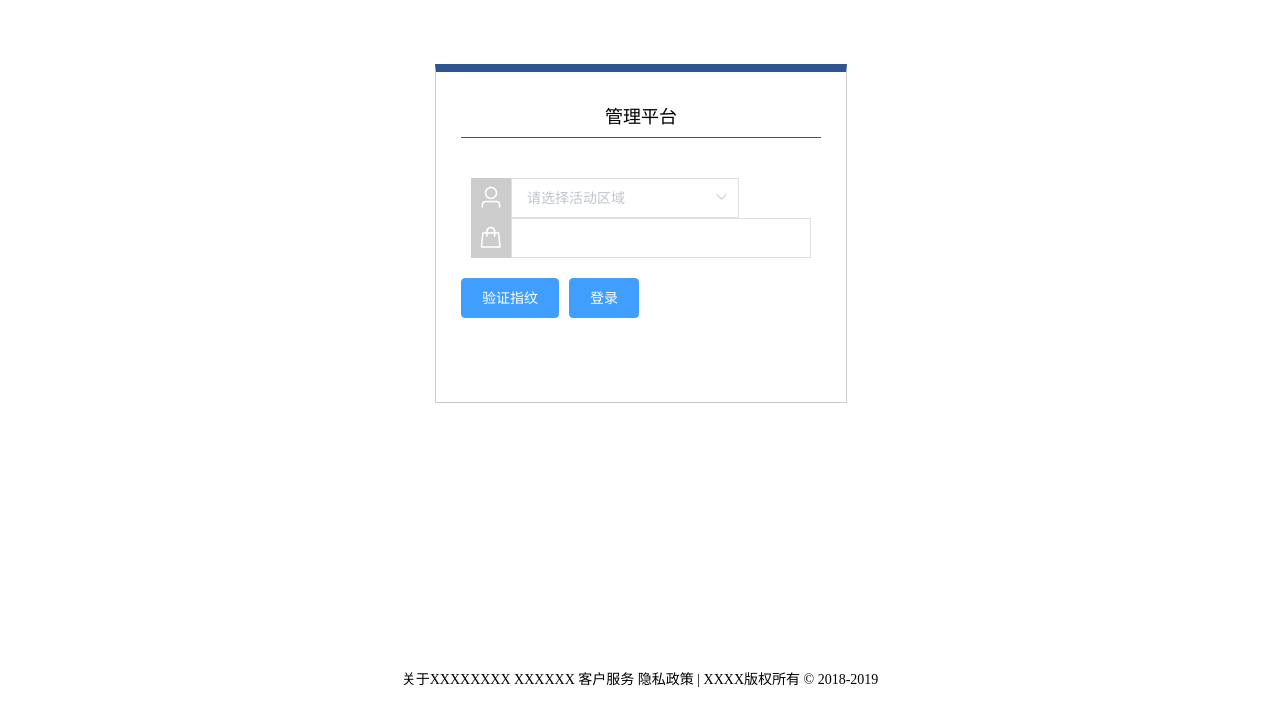
Repository: lff528/man_system
Page: /
An editor plug-in stored every save of this project. The page is shown before and after the next save, followed by the edit.
The browser window is 1280 px wide. The pictures show the whole page.
The project was rebuilt for these pictures with package versions that can differ from the ones it lists, and the page was loaded fresh each time.

Above is the page before, as saved 2020-01-03 13:38:27.

After the next save:
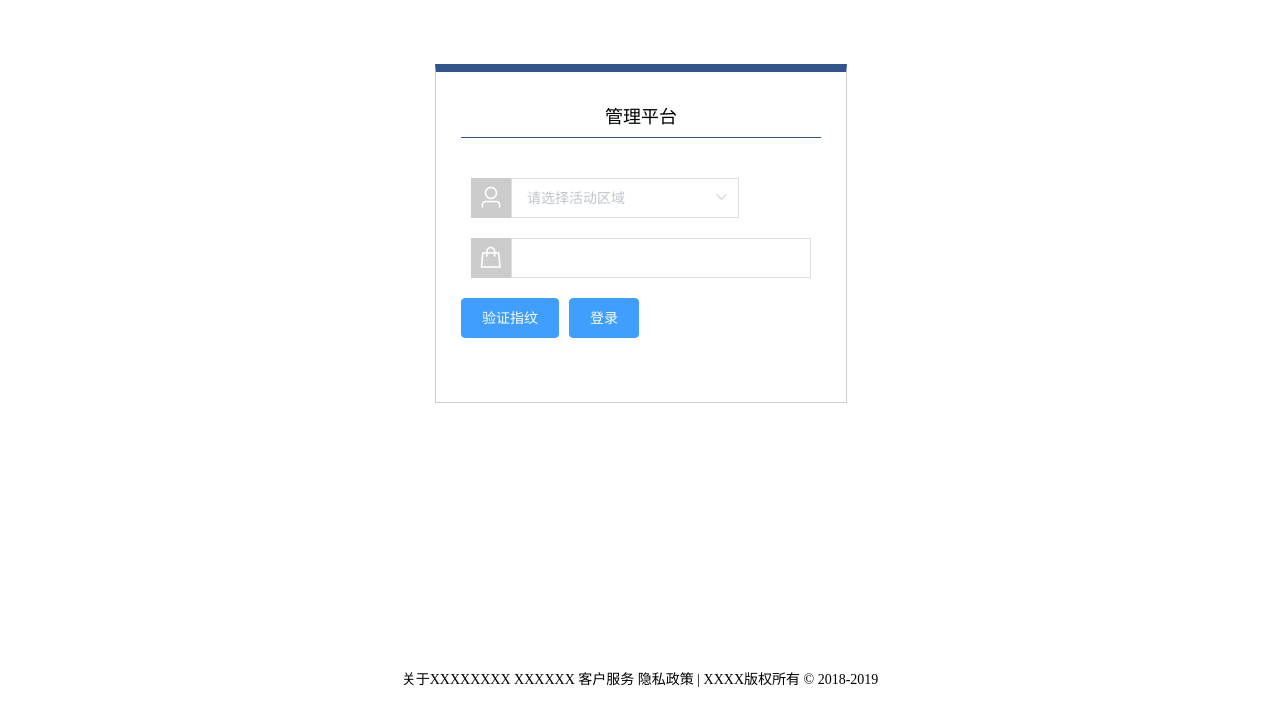
Saved 30 s later.
--- a/src/components/login/index.vue
+++ b/src/components/login/index.vue
@@ -103,7 +103,8 @@ export default {
               margin-top: 40px;
             }
             .user_p{
-              margin: 0 10px;
+              margin-left: 10px;
+              margin-right: 10px;
             }
           }
         }
